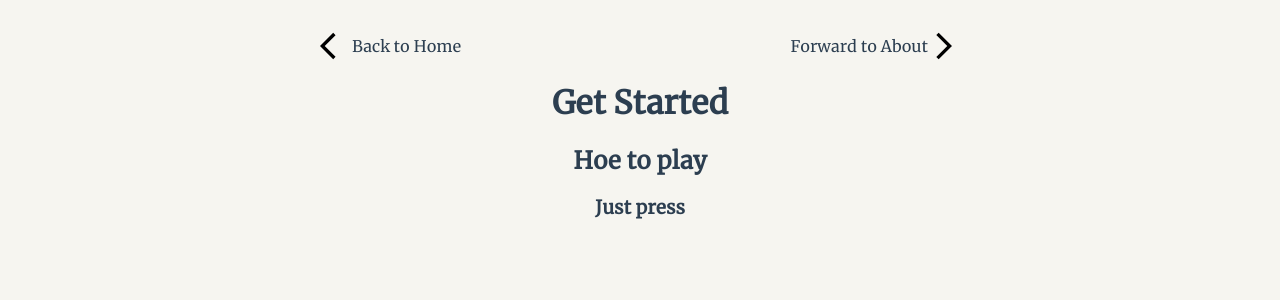
Repository: 321paranoiawhy/2048
Page: /get-started
An editor plug-in stored every save of this project. The page is shown before and after the next save, followed by the edit.
The browser window is 1280 px wide. The pictures show the whole page.
The project was rebuilt for these pictures with package versions that can differ from the ones it lists, and the page was loaded fresh each time. Also part of the build but not shown: vue.config.js, src/components/footer.vue.

Above is the page before, as saved 2022-04-29 22:17:57.

After the next save:
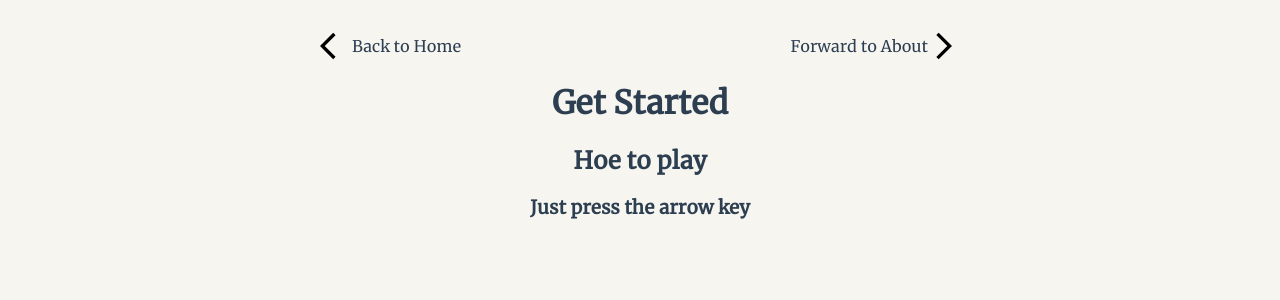
Saved 48 s later.
--- a/src/views/GetStartedView.vue
+++ b/src/views/GetStartedView.vue
@@ -15,7 +15,7 @@
         </div>
         <h1>Get Started</h1>
         <h2>Hoe to play</h2>
-        <h3>Just press</h3>
+        <h3>Just press the arrow key</h3>
     </div>
 </template>
 
